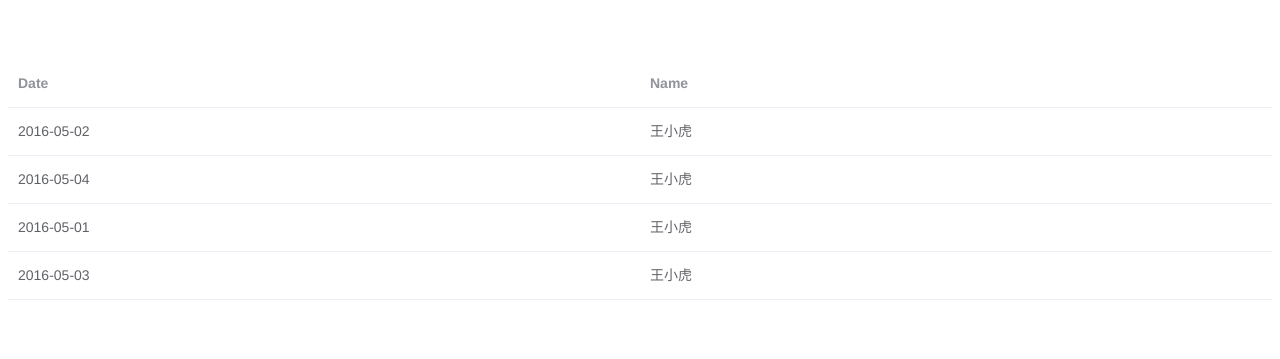
Repository: jiuceng1/monitor
Page: /#/show (app in nmonvue/)
These files come from the project's save history. The page is drawn as it stood at one moment and after the next save; the edit follows.
The browser window is 1280 px wide. The pictures show the whole page.
The project was rebuilt for these pictures with package versions that can differ from the ones it lists, and the page was loaded fresh each time. Also part of the build but not shown: nmonvue/src/components/HelloWorld.vue.

Above is the page before, as saved 2022-01-13 09:40:53.

After the next save:
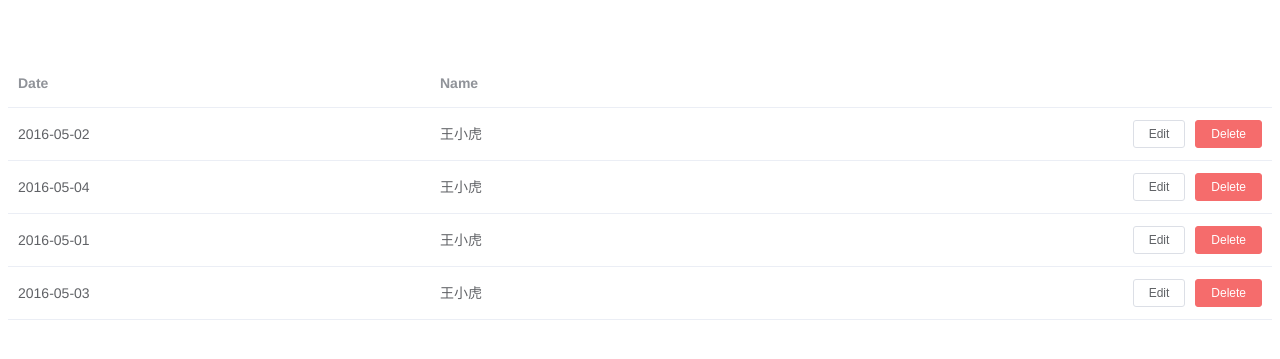
Saved 26 s later.
--- a/nmonvue/src/view/show.vue
+++ b/nmonvue/src/view/show.vue
@@ -10,6 +10,18 @@
     <el-table-column
       label="Name"
       prop="name">
+    </el-table-column>
+    <el-table-column
+      align="right">
+      <template slot-scope="scope">
+        <el-button
+          size="mini"
+          @click="handleEdit(scope.$index, scope.row)">Edit</el-button>
+        <el-button
+          size="mini"
+          type="danger"
+          @click="handleDelete(scope.$index, scope.row)">Delete</el-button>
+      </template>
     </el-table-column>
   </el-table>
     </div>
